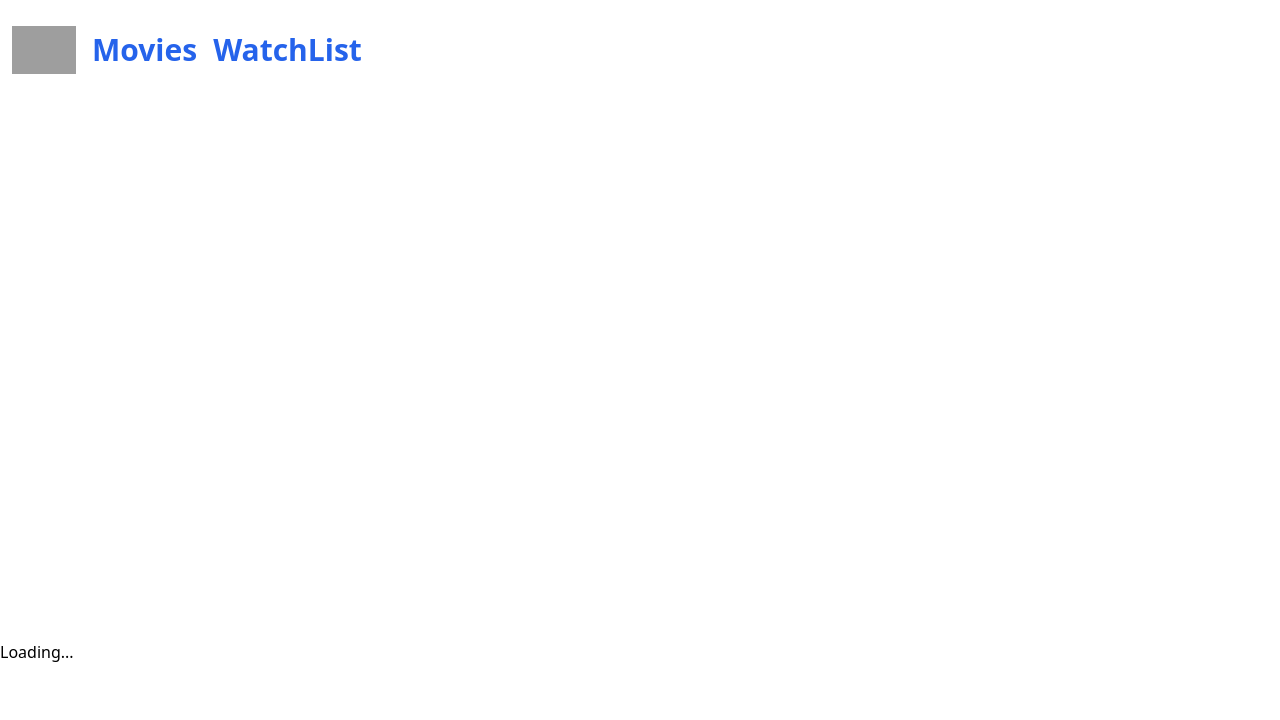
Repository: Aakash20bhatt/LearnReact
Page: / (app in moviesApp/)
These files come from the project's save history. The page is drawn as it stood at one moment and after the next save; the edit follows.
The browser window is 1280 px wide. The pictures show the whole page.
Pictures or frames that could not be fetched are drawn as grey boxes. The page's requests for data from a server got no answer. Some web libraries are served in a nearby version. The project was rebuilt for these pictures with package versions that can differ from the ones it lists, and the page was loaded fresh each time. No one was signed in, and anything a server would have sent is missing. Also part of the build but not shown: moviesApp/vite.config.js, moviesApp/src/App.css, moviesApp/src/Components/Watchlist.jsx, moviesApp/src/Components/MovieCard.jsx.

Above is the page before, as saved 2024-08-05 21:58:42.

### moviesApp/index.html
<!doctype html>
<html lang="en">
  <head>
    <meta charset="UTF-8" />
    <link rel="icon" type="image/svg+xml" href="/vite.svg" />
    <meta name="viewport" content="width=device-width, initial-scale=1.0" />
    <title>Movies recommendation</title>
    <link rel="stylesheet" href="https://cdnjs.cloudflare.com/ajax/libs/font-awesome/6.6.0/css/all.min.css" integrity="sha512-Kc323vGBEqzTmouAECnVceyQqyqdsSiqLQISBL29aUW4U/M7pSPA/gEUZQqv1cwx4OnYxTxve5UMg5GT6L4JJg==" crossorigin="anonymous" referrerpolicy="no-referrer" />
  </head>
  <body>
    <div id="root"></div>
    <script type="module" src="/src/main.jsx"></script>
  </body>
</html>

### moviesApp/src/App.jsx
import { useState } from 'react'

import './App.css'
import Watchlist from './Components/Watchlist'
import Navbar from './Components/Navbar'
import Banner from './Components/Banner'
import Movies from './Components/Movies'
import Pagination from './Components/Pagination'
import { BrowserRouter, Routes, Route } from 'react-router-dom'

function App() {

  return (
    <BrowserRouter>
      <Navbar/>
      <Routes>
        <Route path='/' element={
          <>
            <Banner/>
            <Movies/>
          </>
        }></Route>

        <Route path='/watchlist' element={
          <Watchlist/>
        }></Route>
      </Routes>
    </BrowserRouter>
  )
}

export default App

### moviesApp/src/index.css
@tailwind base;
@tailwind components;
@tailwind utilities;

*{
  margin: 0;
  padding:0;
  box-sizing: border-box;
}

### moviesApp/src/Components/Navbar.jsx
import {Link} from 'react-router-dom'

export default function Navbar(){
    return(
        <div className="flex items-center pl-3 py-4">
            <img className="h-12 "src="https://cdn-icons-png.flaticon.com/512/2503/2503508.png" alt="" />
            <Link className="m-4 text-blue-600 text-3xl font-bold" to="/">Movies</Link>
            <Link className="text-blue-600 text-3xl font-bold" to="/watchlist" >WatchList</Link>
        </div>
    )
}

### moviesApp/src/Components/Banner.jsx
import axios from 'axios';
import { useEffect, useState } from 'react';
import {BASE_URL} from '../utils/common'


export default function Banner(){
    const [title, setTitle] = useState("");
    const [bannerImage , setBannerImage] = useState("")

    useEffect(()=>{
        axios.get('https://api.themoviedb.org/3/trending/movie/day?api_key=2634e9f079c604567d18059d526b4346').then(function(res){
            let randomMovie = res.data.results[Math.floor(Math.random()*20)];
            setTitle(randomMovie.title);
            setBannerImage(BASE_URL+randomMovie.backdrop_path)
        })
    })


    return (
        <div className="h-[75vh] bg-cover bg-center flex items-end" style={{backgroundImage: `url(${bannerImage})` }}>
            <p className="text-white w-full text-center text-2xl">{title}</p>
        </div>
    )
}

### moviesApp/src/Components/Movies.jsx
import { BASE_URL } from '../utils/common';
import axios from 'axios';
import { useEffect, useState } from 'react';
import MovieCard from './MovieCard';
import Pagination from './Pagination';

export default function Movies(){
    const [movies, setMovies] = useState(null);
    const [pageNo,setPageNo] = useState(1);
    const [watchList,setWatchList] = useState(
        JSON.parse(localStorage.getItem('watchList'))||[]
    );

    useEffect(()=>{
        localStorage.setItem('watchList',JSON.stringify(watchList));
    },[watchList])

    const handlePrev=(e)=>{
        if(pageNo>1){
            setPageNo(pageNo-1);
        }
    }

    const handleNext=(e)=>{
        setPageNo(pageNo+1)
    }

    const addToWatchList = (movieToAdd)=>{
        const newWatchList = [...watchList,movieToAdd]
        setWatchList(newWatchList);
    }

    const removeFromWatchList = (movieToRemove)=>{
        const filteredWatchList = watchList.filter((movieObj) => movieObj.id !== movieToRemove.id);
        setWatchList(filteredWatchList);
    }

    useEffect(()=>{
        axios.get(`https://api.themoviedb.org/3/trending/movie/day?api_key=2634e9f079c604567d18059d526b4346&page=${pageNo}`).
        then((res)=>{
            setMovies(res.data.results);
        });
    },[pageNo])

    if(!movies){
        return <h1>Loading...</h1>
    }

    return (
        <>
            <h1 className="text-center	m-12 text-4xl">Trending Movies</h1>
            <div className="flex flex-wrap justify-evenly">
                {
                    movies.map((movie)=>{
                        return <MovieCard
                        key={movie.id}
                        title={movie.title}
                        movie={movie}
                        fav={watchList.some((movieObj) => movieObj.id === movie.id)}
                        addToWatchList = {addToWatchList}
                        removeFromWatchList = {removeFromWatchList}
                        poster={BASE_URL+movie.backdrop_path}/>
                    })
                }
            </div>
            <Pagination pageNo={pageNo}  handleNext={handleNext} handlePrev={handlePrev}/>
        </>
    )
}

### moviesApp/src/utils/common.js
export const BASE_URL = "https://image.tmdb.org/t/p/original/"

### moviesApp/src/Components/Pagination.jsx
export default function Pagination({pageNo,handleNext,handlePrev}){
    return (
    <div className="flex justify-center	gap-8 text-3xl h-[3rem] bg-slate-400 items-center">
            <div onClick={handlePrev} className="cursor-pointer">
                <i className="fa-solid fa-arrow-left"></i>
                </div>
            <div>{pageNo}</div>
            <div onClick={handleNext} className="cursor-pointer">
                <i className="fa-solid fa-arrow-right"></i>
            </div>
    </div>
    )
}

Loaded but not shown: moviesApp/src/main.jsx (common file); moviesApp/tailwind.config.js (common file)

After the next save:
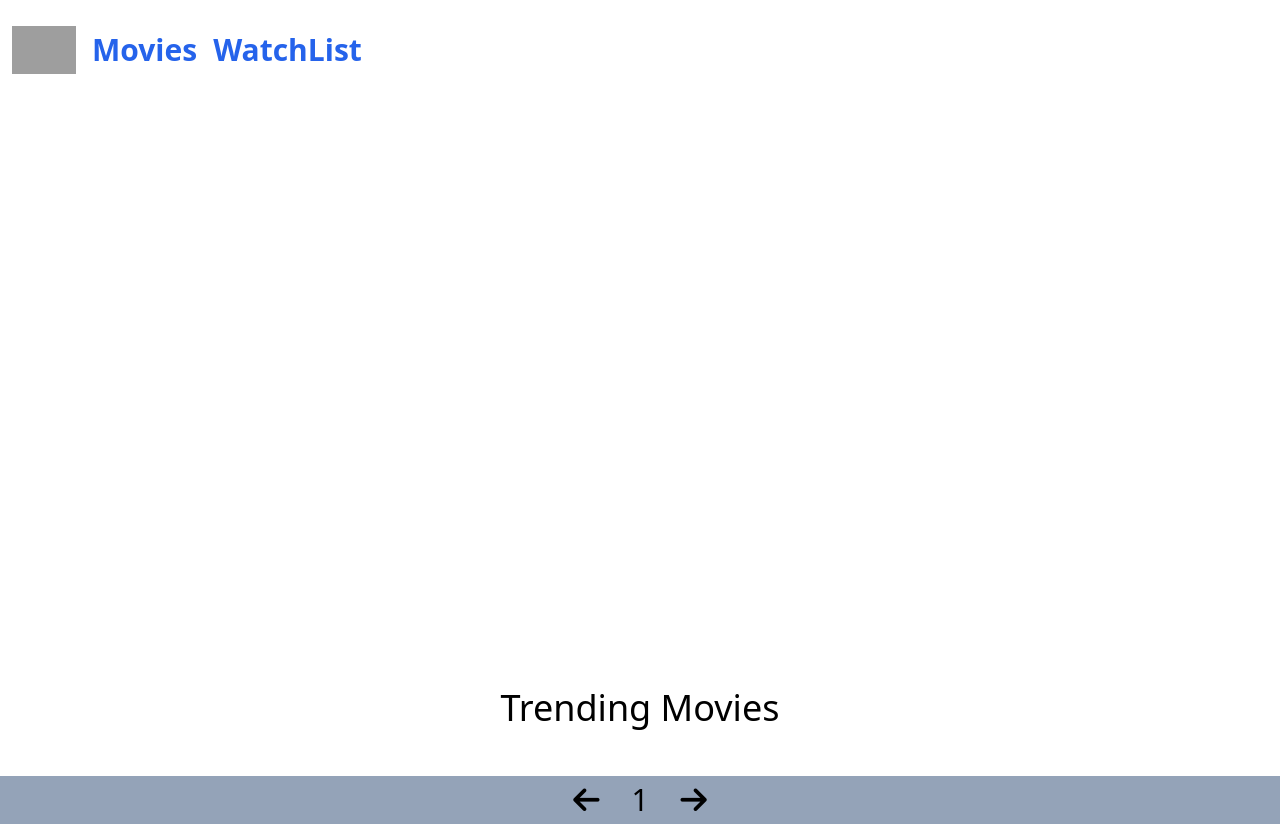
Saved 10 min 55 s later.
--- a/moviesApp/src/Components/Movies.jsx
+++ b/moviesApp/src/Components/Movies.jsx
@@ -5,7 +5,7 @@ import MovieCard from './MovieCard';
 import Pagination from './Pagination';
 
 export default function Movies(){
-    const [movies, setMovies] = useState(null);
+    const [movies, setMovies] = useState([]);
     const [pageNo,setPageNo] = useState(1);
     const [watchList,setWatchList] = useState(
         JSON.parse(localStorage.getItem('watchList'))||[]
